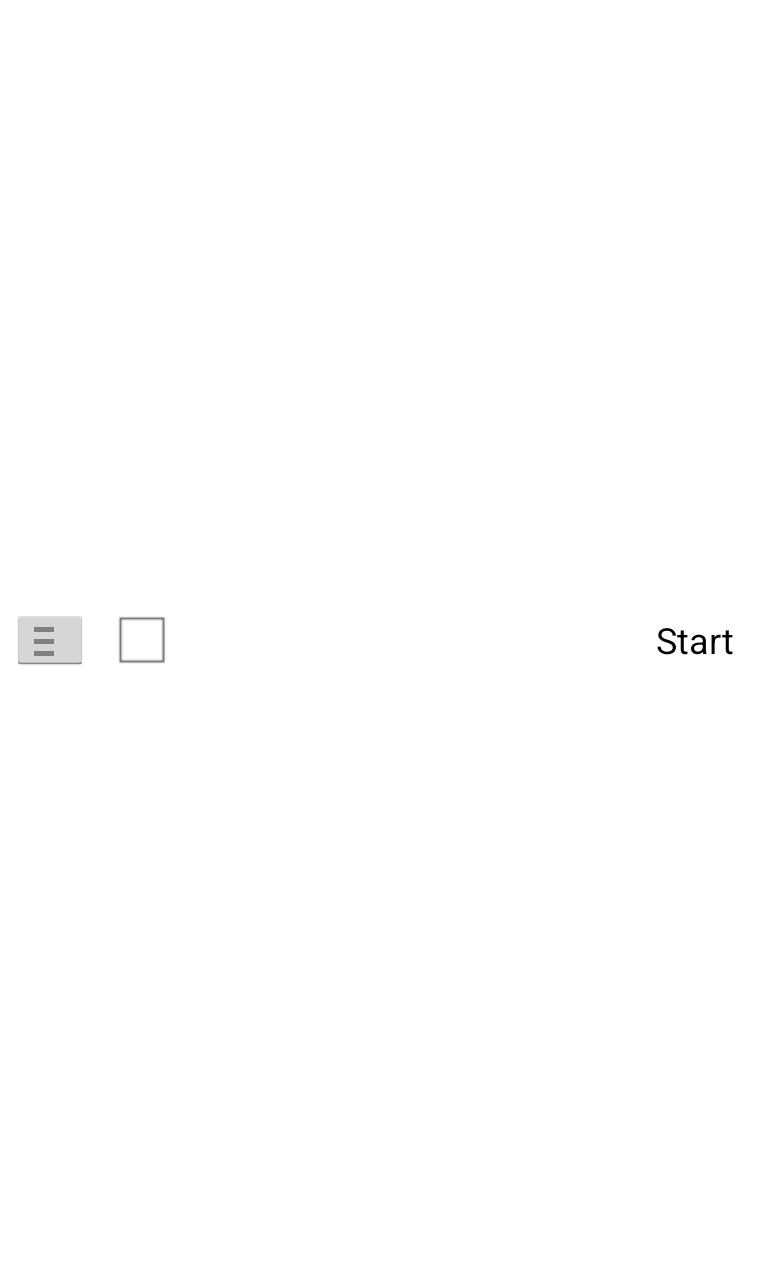
Repository: larserikstrand/IMT4904-Master
Layout: Todoity/res/layout/item_today_list.xml
The author's editor kept a copy of each file at every save. The layout is drawn from the files as they stood at one save, then again after the next save.
It is drawn on a 768 x 1280 px phone screen (xhdpi) without system bars, with theme android:Theme.Holo.Light; the app's code is not run.

Above is the layout before, as saved 2014-03-17 20:29:45.

After the next save:
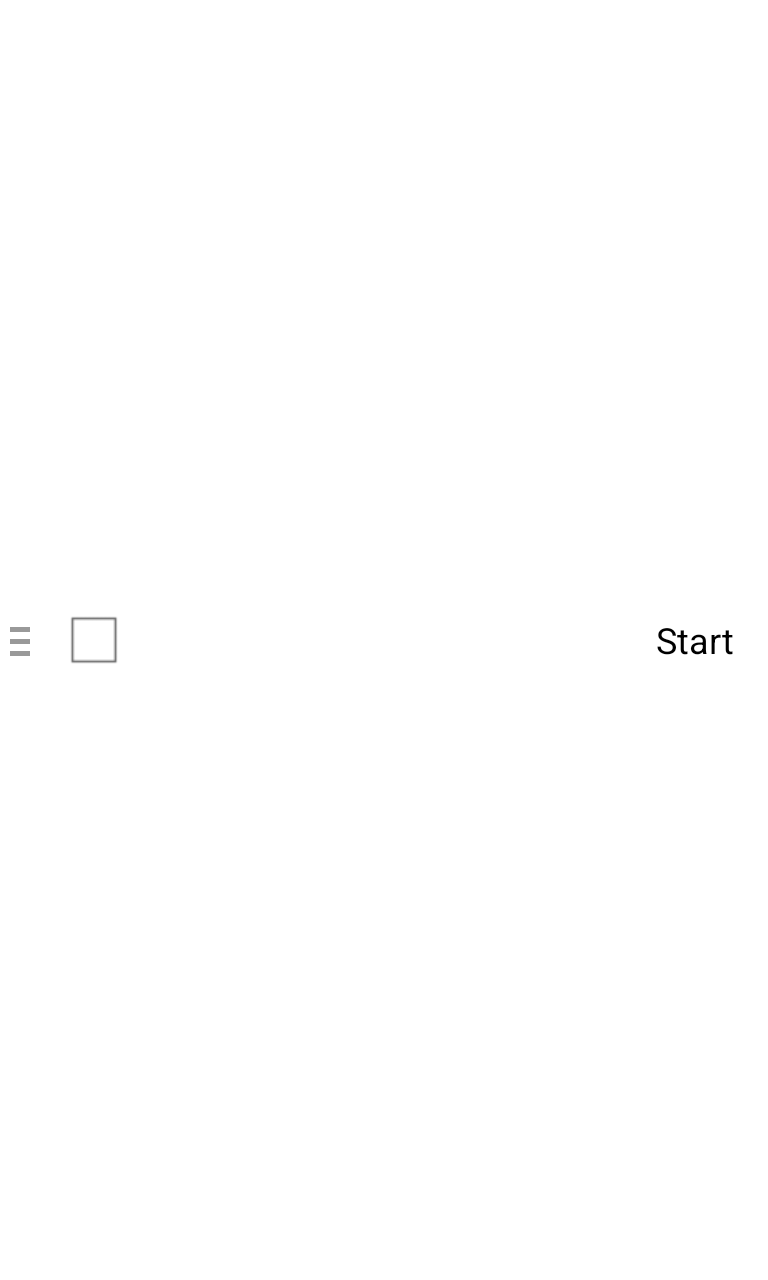
Saved 84 s later.
--- a/Todoity/res/layout/item_today_list.xml
+++ b/Todoity/res/layout/item_today_list.xml
@@ -5,7 +5,7 @@
     android:background="?android:attr/selectableItemBackground"
     android:orientation="horizontal" >
 
-    <ImageButton android:id="@+id/drag_button"
+    <ImageView android:id="@+id/drag_button"
         android:layout_width="wrap_content"
         android:layout_height="wrap_content"
         android:layout_gravity="center_vertical"

After the save that followed:
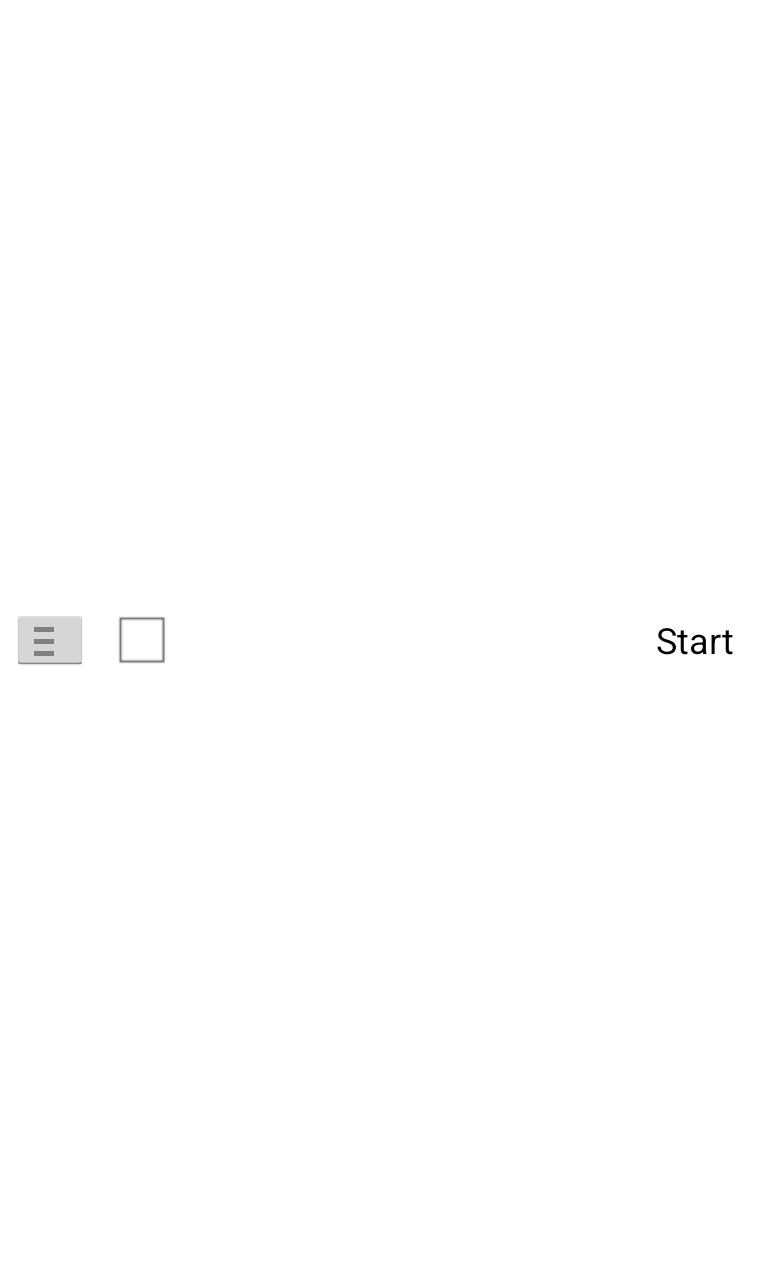
Saved 50 s later.
--- a/Todoity/res/layout/item_today_list.xml
+++ b/Todoity/res/layout/item_today_list.xml
@@ -5,7 +5,7 @@
     android:background="?android:attr/selectableItemBackground"
     android:orientation="horizontal" >
 
-    <ImageView android:id="@+id/drag_button"
+    <ImageButton android:id="@+id/drag_button"
         android:layout_width="wrap_content"
         android:layout_height="wrap_content"
         android:layout_gravity="center_vertical"
